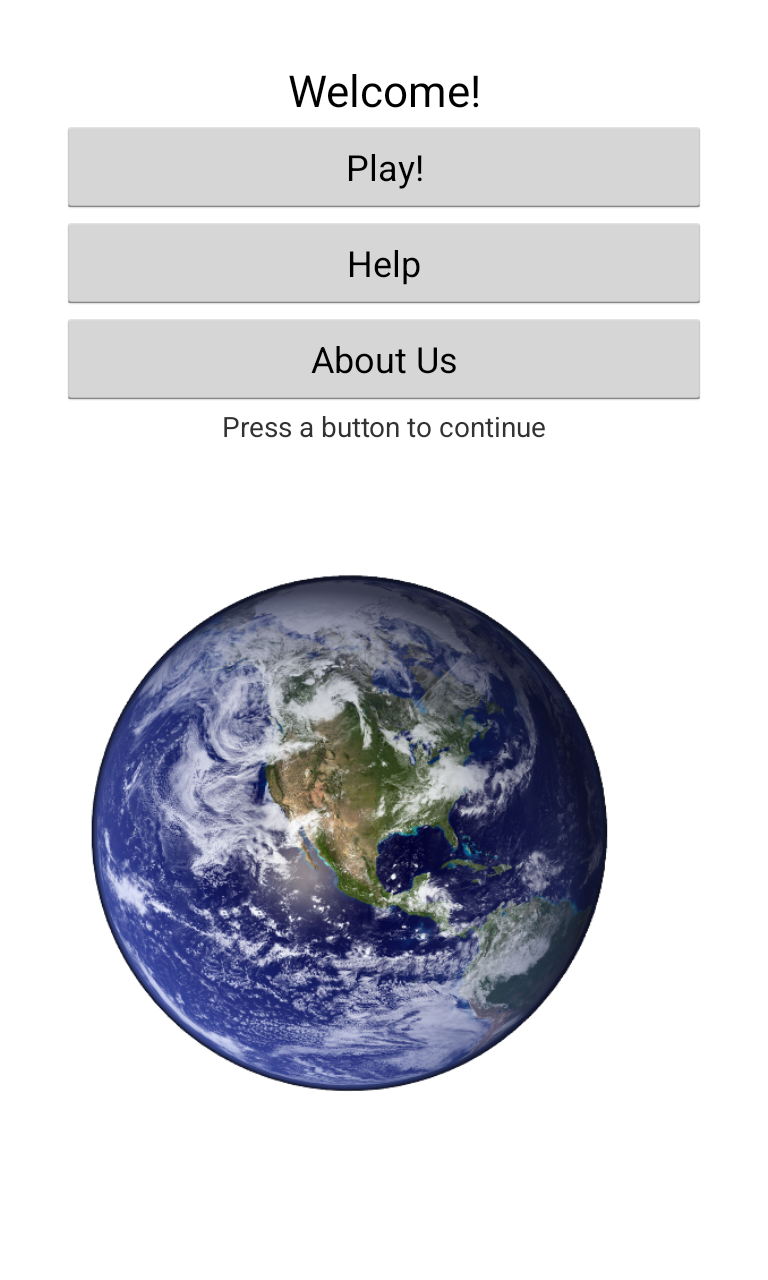
Repository: AGNT/Mobile_application_SU13
Layout: android/Locate/res/layout/activity_menu.xml
An editor plug-in stored every save of this project. The layout is shown before and after the next save, followed by the edit.
It is drawn on a 768 x 1280 px phone screen (xhdpi) without system bars, with theme AppTheme; the app's code is not run.

Above is the layout before, as saved 2013-08-05 17:22:10.

After the next save:
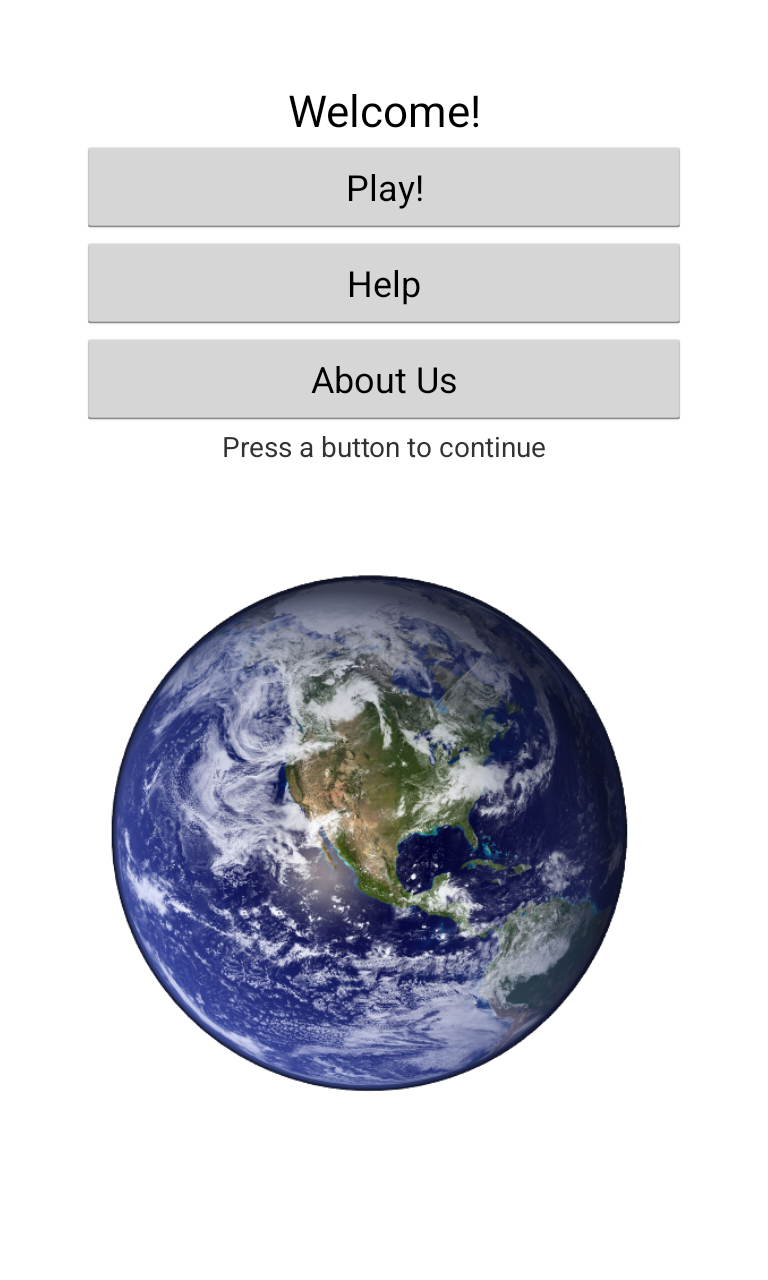
Saved 9 s later.
--- a/android/Locate/res/layout/activity_menu.xml
+++ b/android/Locate/res/layout/activity_menu.xml
@@ -8,7 +8,7 @@
     android:paddingRight="@dimen/activity_horizontal_margin"
     android:paddingTop="@dimen/activity_vertical_margin"
     tools:context=".Menu"
-    android:padding="30dp" >
+    android:padding="40dp" >
 
 
     <TextView
